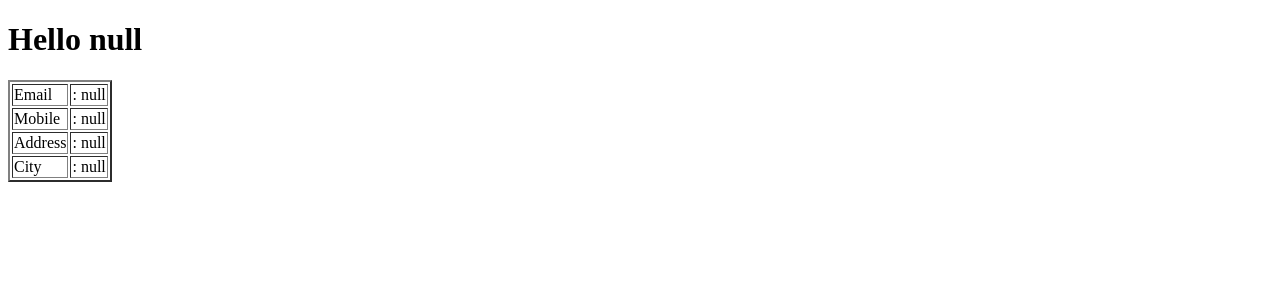
Repository: NagepalliHaasan21/MyProjects
Page: http://localhost/com.SecondJEEPrgm/home.jsp
These files come from the project's save history. The page is drawn as it stood at one moment and after the next save; the edit follows.
The browser window is 1280 px wide. The pictures show the whole page.
The page is served by Tomcat 10.

Above is the page before, as saved 2024-12-02 13:07:08.

After the next save:
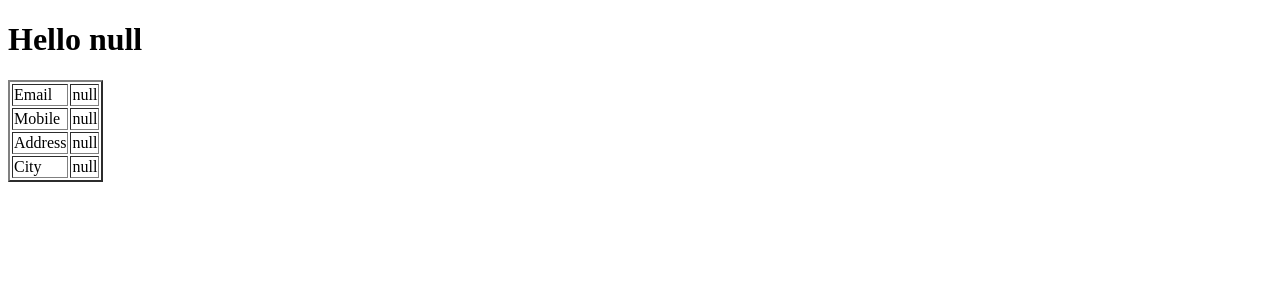
Saved 64 s later.
--- a/eclipse-workspace/com.SecondJEEPrgm/src/main/webapp/home.jsp
+++ b/eclipse-workspace/com.SecondJEEPrgm/src/main/webapp/home.jsp
@@ -9,10 +9,10 @@
 <body>
     <h1>Hello <% out.println(session.getAttribute("name")); %></h1>
     <table border="2px solid black">
-    	<tr><td> Email </td> <td> : <% out.println(session.getAttribute("email")); %> </td> </tr>
-    	<tr><td> Mobile </td> <td> : <% out.println(session.getAttribute("mobile")); %> </td> </tr>
-    	<tr><td> Address </td> <td> : <% out.println(session.getAttribute("address")); %> </td> </tr>
-    	<tr><td> City </td> <td> : <% out.println(session.getAttribute("city")); %> </td> </tr>
+    	<tr><td> Email </td> <td>  <% out.println(session.getAttribute("email")); %> </td> </tr>
+    	<tr><td> Mobile </td> <td>  <% out.println(session.getAttribute("mobile")); %> </td> </tr>
+    	<tr><td> Address </td> <td>  <% out.println(session.getAttribute("address")); %> </td> </tr>
+    	<tr><td> City </td> <td>  <% out.println(session.getAttribute("city")); %> </td> </tr>
     </table>
 </body>
 </html>
